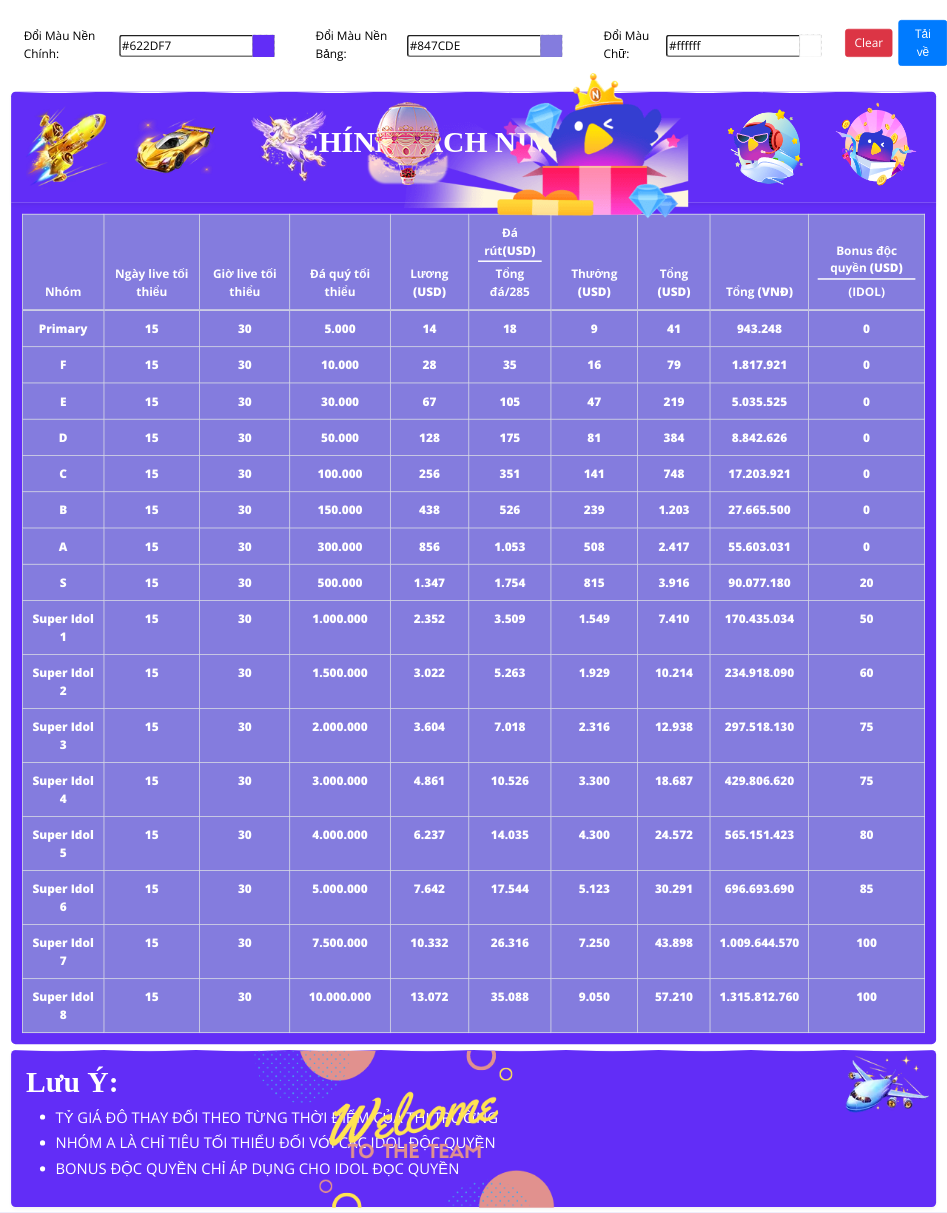
Repository: dav1601/nimo-work
Page: http://localhost/
An editor plug-in stored every save of this project. The page is shown before and after the next save, followed by the edit.
The browser window is 1280 px wide. The pictures show the whole page, at 74% of full size.
The page is run by PHP 8.4 with error messages shown; the project is at /var/www/html/.

Above is the page before, as saved 2022-04-15 15:13:27.

After the next save:
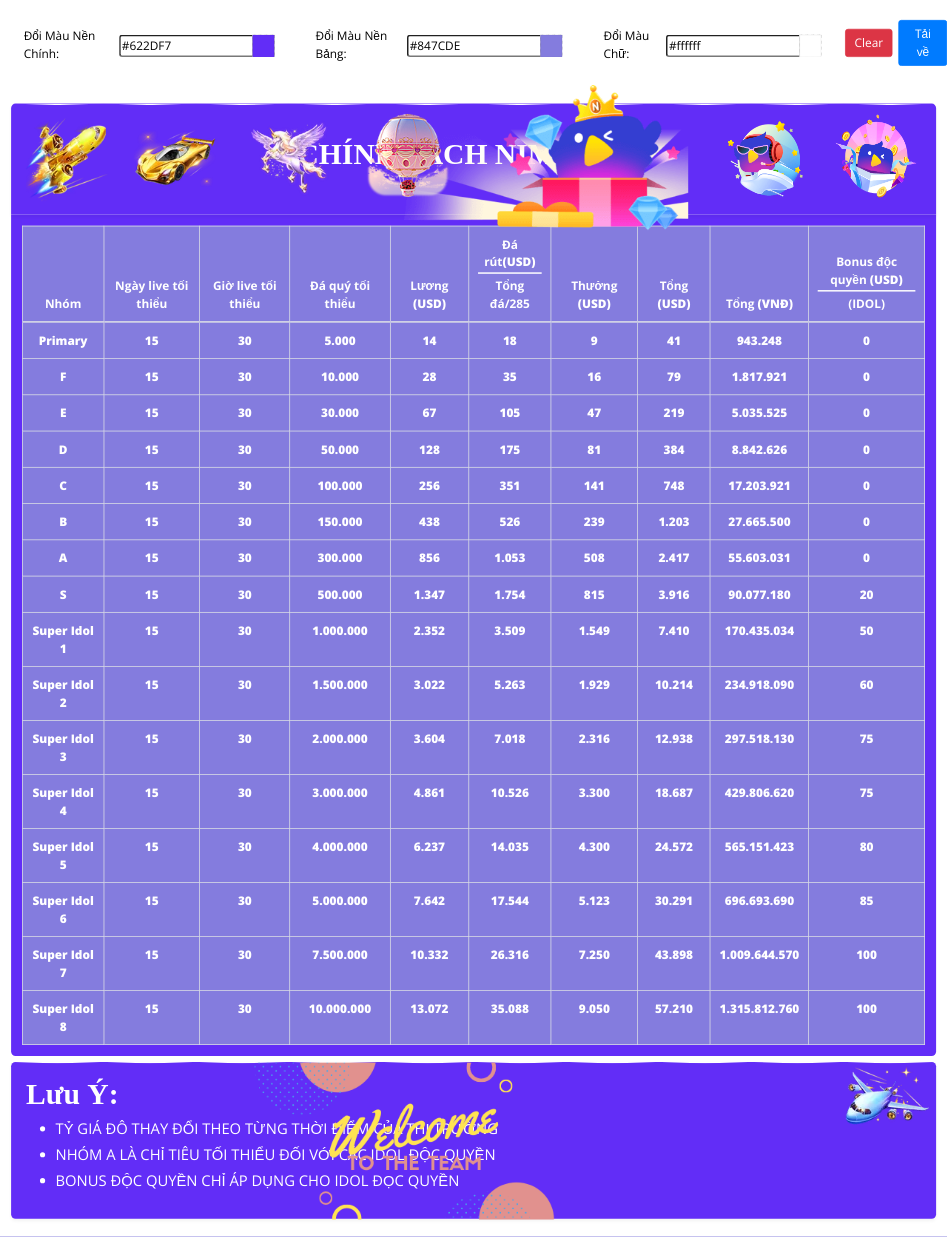
Saved 9 min 27 s later.
--- a/index.php
+++ b/index.php
@@ -239,7 +239,7 @@
             <button type="button" class="btn btn-danger mx-2" id="clear">Clear</button>
             <button type="button" class="btn btn-primary" id="down">Tải về</button>
         </div>
-        <div class="container-fluid py-2" id="export">
+        <div class="container-fluid py-4" id="export">
             <header>
                 <div class="img-2 position-absolute">
                     <img src="img/img-5.png" alt="" width="112" height="112">
